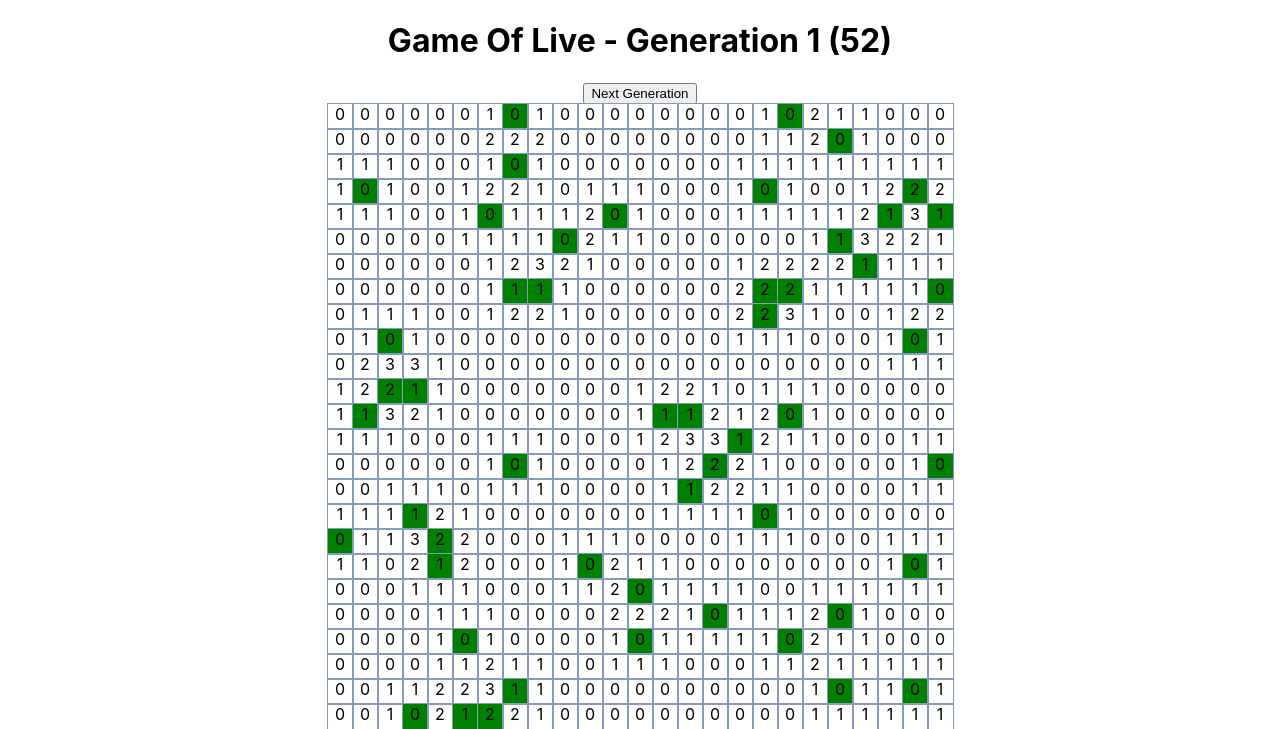
Repository: cfaguilera20/gol
Page: /
An editor plug-in stored every save of this project. The page is shown before and after the next save, followed by the edit.
The browser window is 1280 px wide. The pictures show the whole page.
The project was rebuilt for these pictures with package versions that can differ from the ones it lists, and the page was loaded fresh each time.

Above is the page before, as saved 2021-07-25 13:31:48.

### src/App.js
import './App.css';

import Board from './components/Board.jsx';

function App() {
    return (
        <div className="App">
            <Board />
        </div>
    );
}

export default App;

### src/components/Board.jsx
import React, { useState } from 'react';
import './Board.css';

const WORLD_SIZE = 25;
const WORLD_POPULATION = 0.25;

const Board = (props) => {
    const [world, setWorld] = useState(
        createWorld(WORLD_SIZE, WORLD_POPULATION)
    );
    const [generation, setGeneration] = useState(1);

    const onNextGeneration = () => {
        setGeneration(generation + 1);
        setWorld(newWorld);
    };

    return (
        <>
            <h1>
                Game Of Live - Generation {generation} (
                {world.currentPopulation})
            </h1>
            <button onClick={onNextGeneration}>Next Generation</button>
            <div className="world">
                {world.board.map((row, rowIdx) => (
                    <div key={rowIdx} className="row">
                        {row.map((cell, cellIdx) => {
                            const className = cell.getColor();
                            const neighborsAlive =
                                world.getNeighborsAliveCounter(cell);
                            return (
                                <div key={cellIdx} className={className}>
                                    {neighborsAlive}
                                </div>
                            );
                        })}
                    </div>
                ))}
            </div>
        </>
    );
};

class Cell {
    constructor(world, x, y, isAlive) {
        this.world = world;
        this.x = x;
        this.y = y;
        this.isAlive = isAlive;
    }

    getColor() {
        return this.isAlive ? 'cell cell-green' : 'cell';
    }
}

class World {
    constructor(size, population) {
        this.size = size;
        this.population = population;
        this.currentPopulation = 0;
        this.board = [];
        this.createBoard();
    }

    createBoard() {
        for (let y = 0; y < this.size; y++) {
            this.board[y] = [];
            for (let x = 0; x < this.size; x++) {
                const isAlive = Math.random() > 0.9 ? 1 : 0;
                this.board[y][x] = new Cell(this, x, y, isAlive);
                this.currentPopulation += isAlive ? 1 : 0;
            }
        }
    }

    getNeighbors(x, y) {
        const neighbors = [];
        const neighborsIdx = [
            [1, 0],
            [-1, 0],
            [0, 1],
            [0, -1],
            [1, 1],
            [1, -1],
            [-1, 1],
            [-1, -1],
        ];
        neighborsIdx.forEach(([dx, dy]) => {
            const [nx, ny] = [x + dx, y + dy];
            if (nx >= 0 && nx < this.size && ny >= 0 && ny < this.size) {
                neighbors.push(this.board[ny][nx]);
            }
        });
        return neighbors;
    }

    getNeighborsAlive(cell) {
        return this.getNeighbors(cell.x, cell.y).filter(
            (cellItem) => cellItem.isAlive === 1
        );
    }

    getNeighborsAliveCounter(cell) {
        return this.getNeighborsAlive(cell).length;
    }

    nextGeneration() {
        const nextBoard = [];
        for (let y = 0; y < this.size; y++) {
            nextBoard[y] = [];
            for (let x = 0; x < this.size; x++) {
                const cell = this.board[y][x];
                const isAlive = cell.isAlive;
                const nextIsAlive = this.getNeighborsAliveCounter(cell) > 2;
                nextBoard[y][x] = new Cell(this, x, y, nextIsAlive);
                this.currentPopulation += nextIsAlive - isAlive;
            }
        }

        this.board = nextBoard;
        return this;
    }
}

const createWorld = (WORLD_SIZE, WORLD_POPULATION) => {
    const board = new World(WORLD_SIZE, WORLD_POPULATION);
    return board;
};

export default Board;

### src/components/Board.css
.row {
    height: 25px;
}

.cell {
    width: 25px;
    height: 25px;
    outline: 1px solid rgb(134, 154, 189);
    display: inline-block;
}

.cell-green {
    background-color: green;
}

.cell-red {
    background-color: red;
}

.cell-purple {
    background-color: purple;
}

Loaded but not shown: public/index.html (common file); src/index.js (common file); src/index.css (common file); src/reportWebVitals.js (common file); src/App.css (common file)

After the next save:
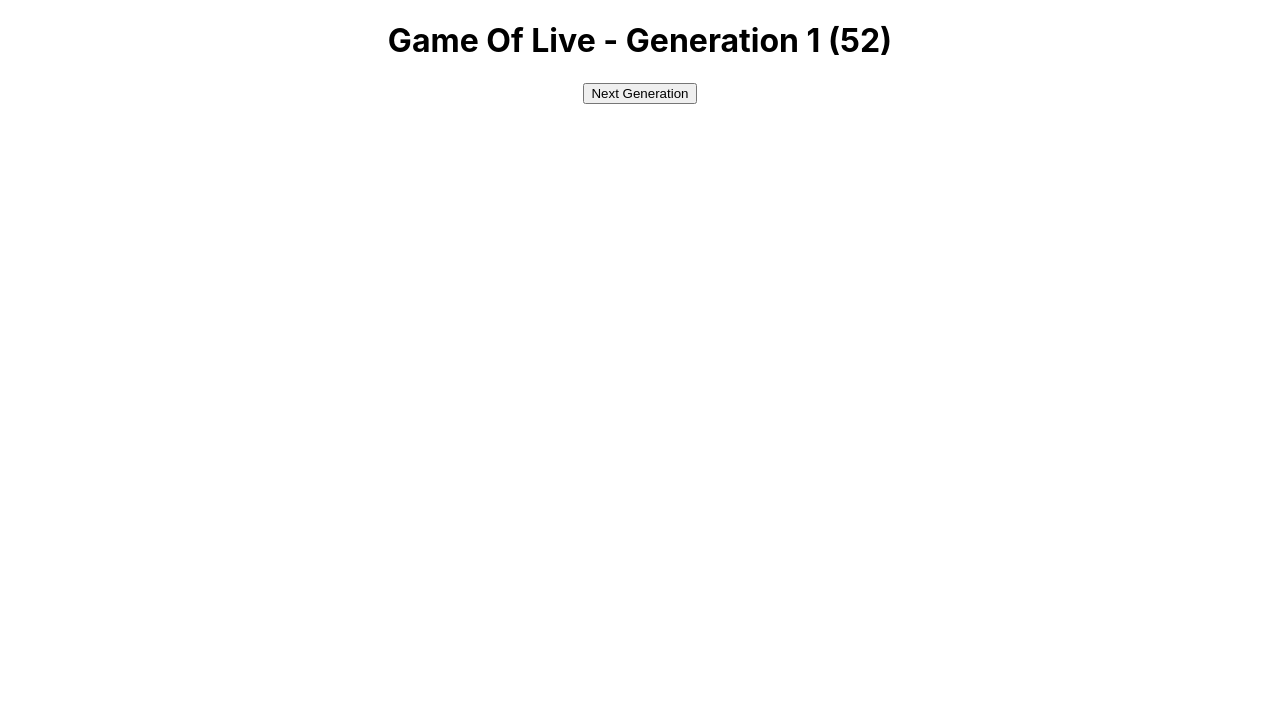
Saved 27 s later.
--- a/src/components/Board.jsx
+++ b/src/components/Board.jsx
@@ -7,6 +7,9 @@
 const Board = (props) => {
     const [world, setWorld] = useState(
         createWorld(WORLD_SIZE, WORLD_POPULATION)
+    );
+    const [board, setBoard] = useState(
+        []
     );
     const [generation, setGeneration] = useState(1);
 
@@ -23,7 +26,7 @@
             </h1>
             <button onClick={onNextGeneration}>Next Generation</button>
             <div className="world">
-                {world.board.map((row, rowIdx) => (
+                {board.map((row, rowIdx) => (
                     <div key={rowIdx} className="row">
                         {row.map((cell, cellIdx) => {
                             const className = cell.getColor();

After the save that followed:
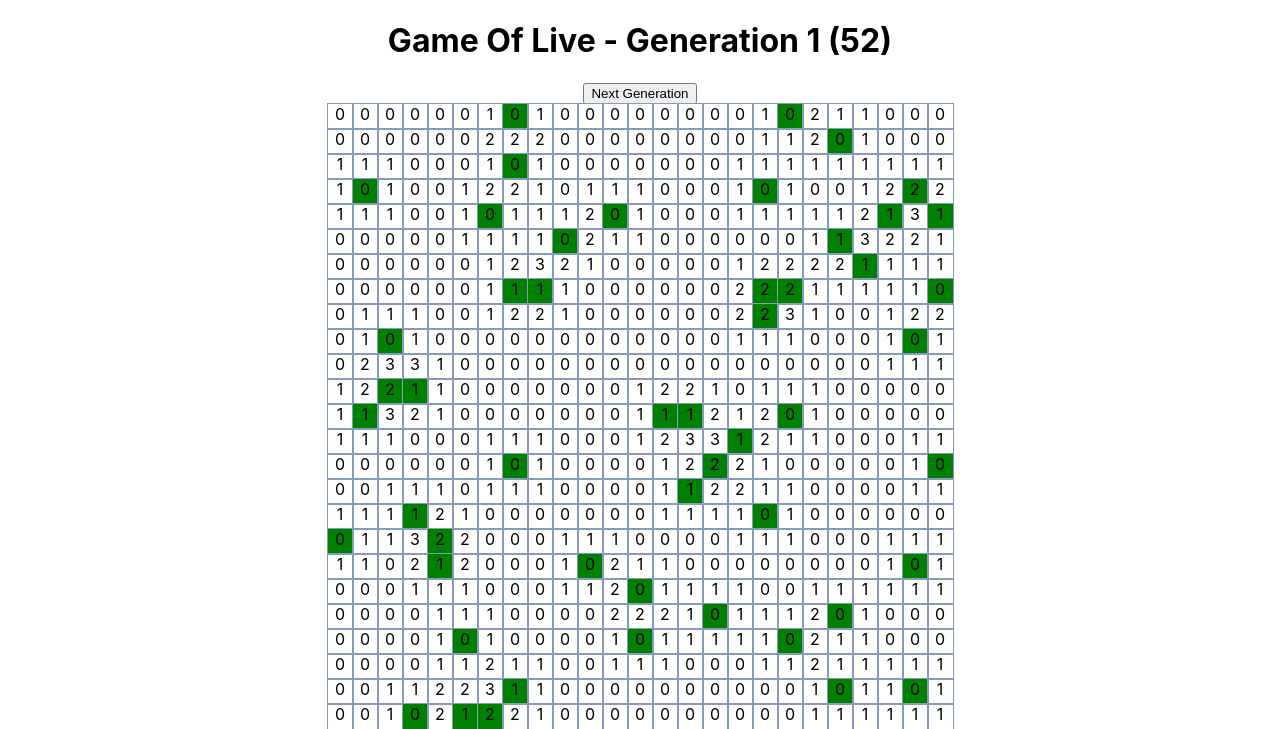
Saved 6 s later.
--- a/src/components/Board.jsx
+++ b/src/components/Board.jsx
@@ -7,9 +7,6 @@
 const Board = (props) => {
     const [world, setWorld] = useState(
         createWorld(WORLD_SIZE, WORLD_POPULATION)
-    );
-    const [board, setBoard] = useState(
-        []
     );
     const [generation, setGeneration] = useState(1);
 
@@ -26,7 +23,7 @@
             </h1>
             <button onClick={onNextGeneration}>Next Generation</button>
             <div className="world">
-                {board.map((row, rowIdx) => (
+                {world.board.map((row, rowIdx) => (
                     <div key={rowIdx} className="row">
                         {row.map((cell, cellIdx) => {
                             const className = cell.getColor();
